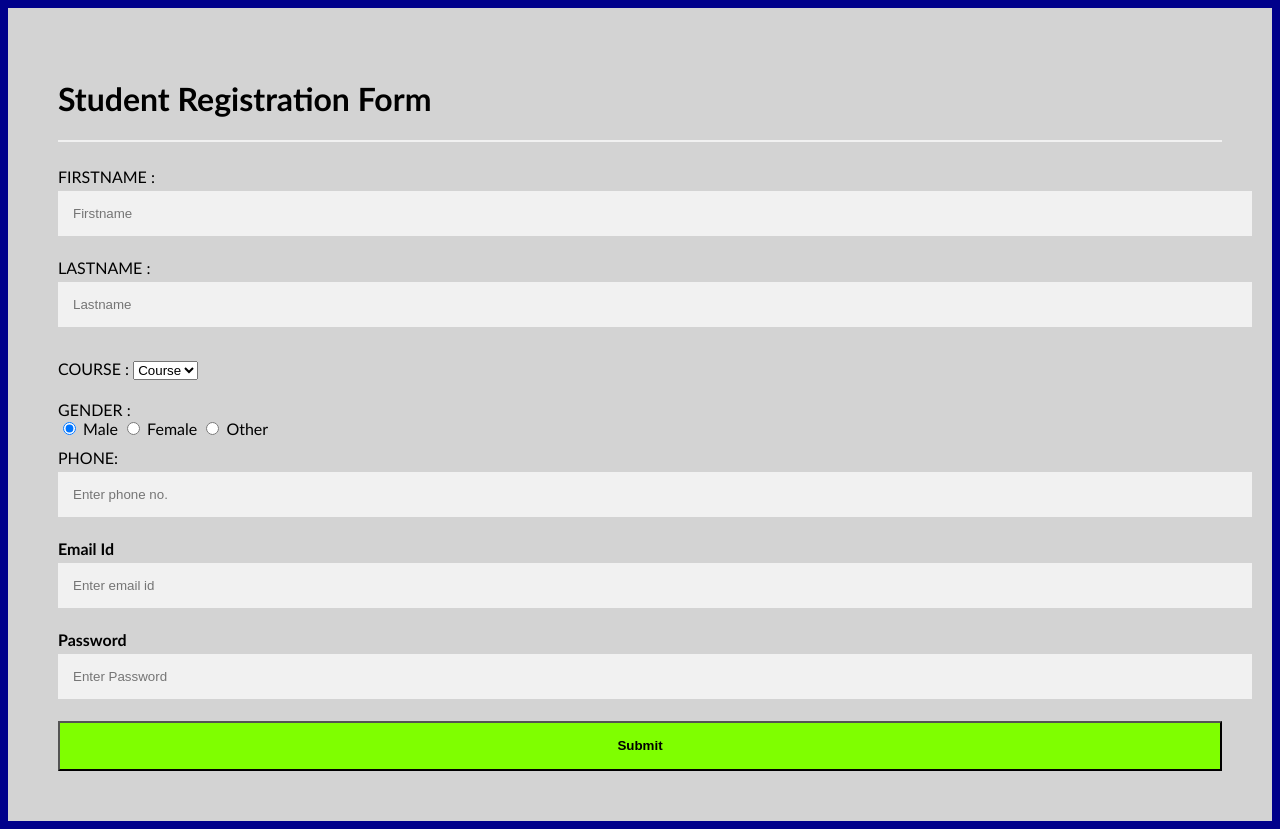
Repository: MriOj/OnlineExamPortal
Page: http://localhost/ExamPortal/sregister.jsp
An editor plug-in stored every save of this project. The page is shown before and after the next save, followed by the edit.
The browser window is 1280 px wide. The pictures show the whole page.
The page is served by Tomcat 9.

Above is the page before, as saved 2021-09-06 11:21:39.

After the next save:
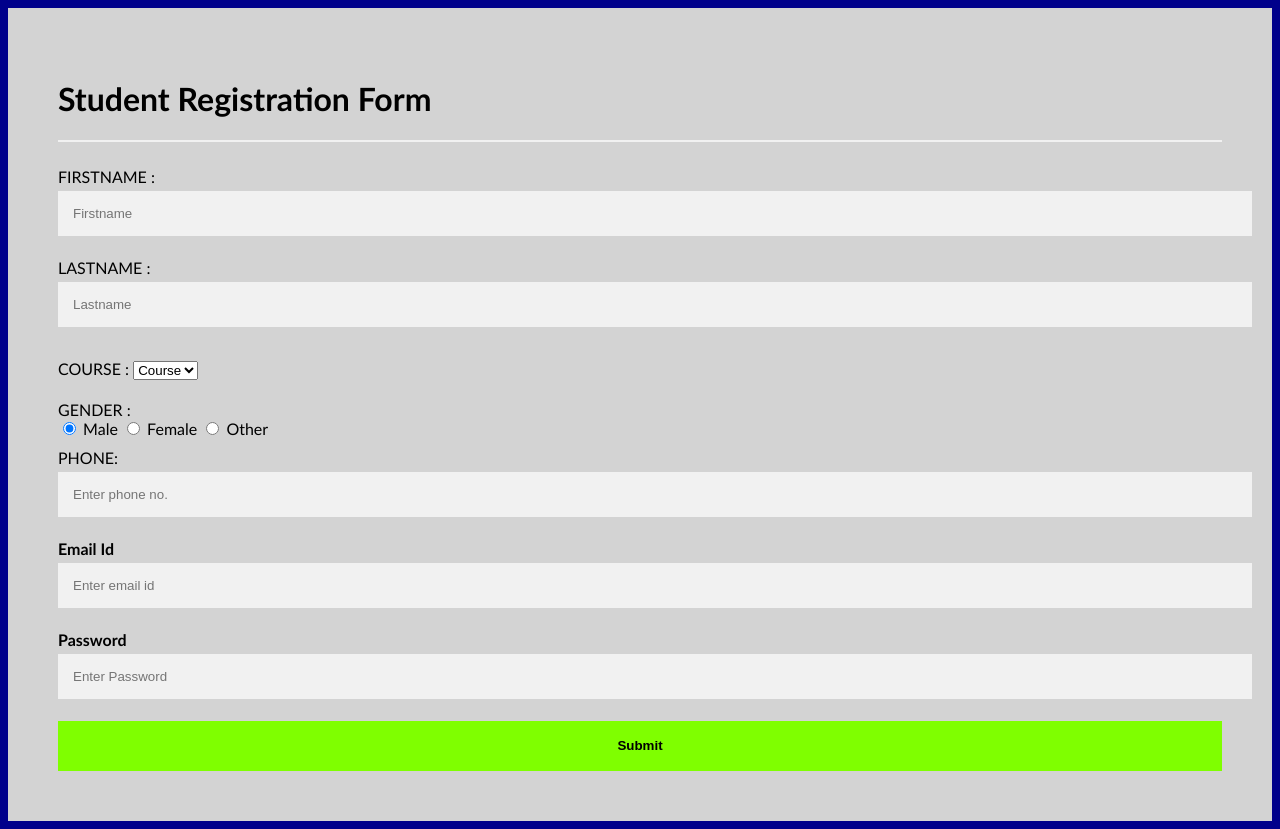
Saved 16 s later.
--- a/ExamPortal/src/main/webapp/css/sregister.css
+++ b/ExamPortal/src/main/webapp/css/sregister.css
@@ -27,4 +27,5 @@ input[type=submit]{
 	 width:100%;
 	 height:50px;
 	 font-weight:bold;
+	 border:none;
 }
